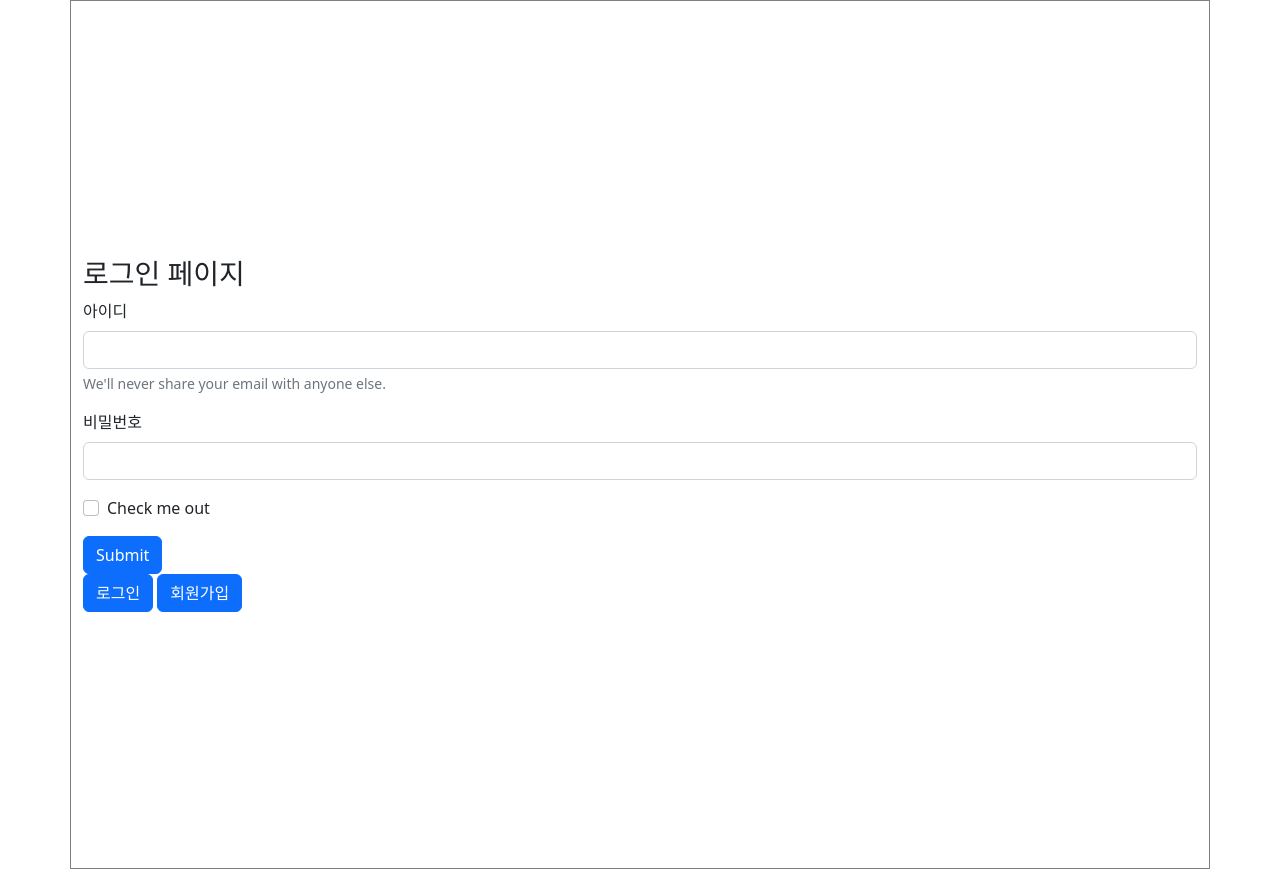
Repository: DNWissac/OJTphp
Page: http://localhost/view/signin.php
These files come from the project's save history. The page is drawn as it stood at one moment and after the next save; the edit follows.
The browser window is 1280 px wide. The pictures show the whole page.
The page is run by PHP 8.4 with error messages shown; the project is at /var/www/html/.

Above is the page before, as saved 2022-08-05 08:21:27.

### Board1/View/signin.php
<!DOCTYPE html>
<html>
<head>
<meta charset="UTF-8">
<script type="text/javascript" src="//code.jquery.com/jquery.min.js"></script>
<script>

</script>

<style type="text/css">

    .container
    {
        padding: 20%;
    }
</style>
<title>로그인</title>


<!-- 부트스트랩 css, js-->
<link href="https://cdn.jsdelivr.net/npm/bootstrap@5.2.0/dist/css/bootstrap.min.css"
rel="stylesheet" integrity="sha384-gH2yIJqKdNHPEq0n4Mqa/HGKIhSkIHeL5AyhkYV8i59U5AR6csBvApHHNl/vI1Bx" crossorigin="anonymous">
<script src="https://cdn.jsdelivr.net/npm/bootstrap@5.2.0/dist/js/bootstrap.bundle.min.js"
integrity="sha384-A3rJD856KowSb7dwlZdYEkO39Gagi7vIsF0jrRAoQmDKKtQBHUuLZ9AsSv4jD4Xa" crossorigin="anonymous"></script>

</head>
<body>

<div class="container" style="border: grey 1px solid;">
	<h3>로그인 페이지</h3>

<form>
    <div class="mb-3">
        <label for="exampleInputEmail1" class="form-label">아이디</label>
        <input type="email" class="form-control" id="exampleInputEmail1" aria-describedby="emailHelp">
    <div id="emailHelp" class="form-text">We'll never share your email with anyone else.</div>
    </div>
    <div class="mb-3">
        <label for="exampleInputPassword1" class="form-label">비밀번호</label>
        <input type="password" class="form-control" id="exampleInputPassword1">
    </div>
    <div class="mb-3 form-check">
        <input type="checkbox" class="form-check-input" id="exampleCheck1">
        <label class="form-check-label" for="exampleCheck1">Check me out</label>
    </div>
    <button type="submit" class="btn btn-primary">Submit</button>
</form>


	<button type="button" class="btn btn-primary">
    	로그인
    </button>
	<button type="button" class="btn btn-primary" onclick="location.href='signup.php'">
    	회원가입
    </button>


</div>





</body>
</html>

After the next save:
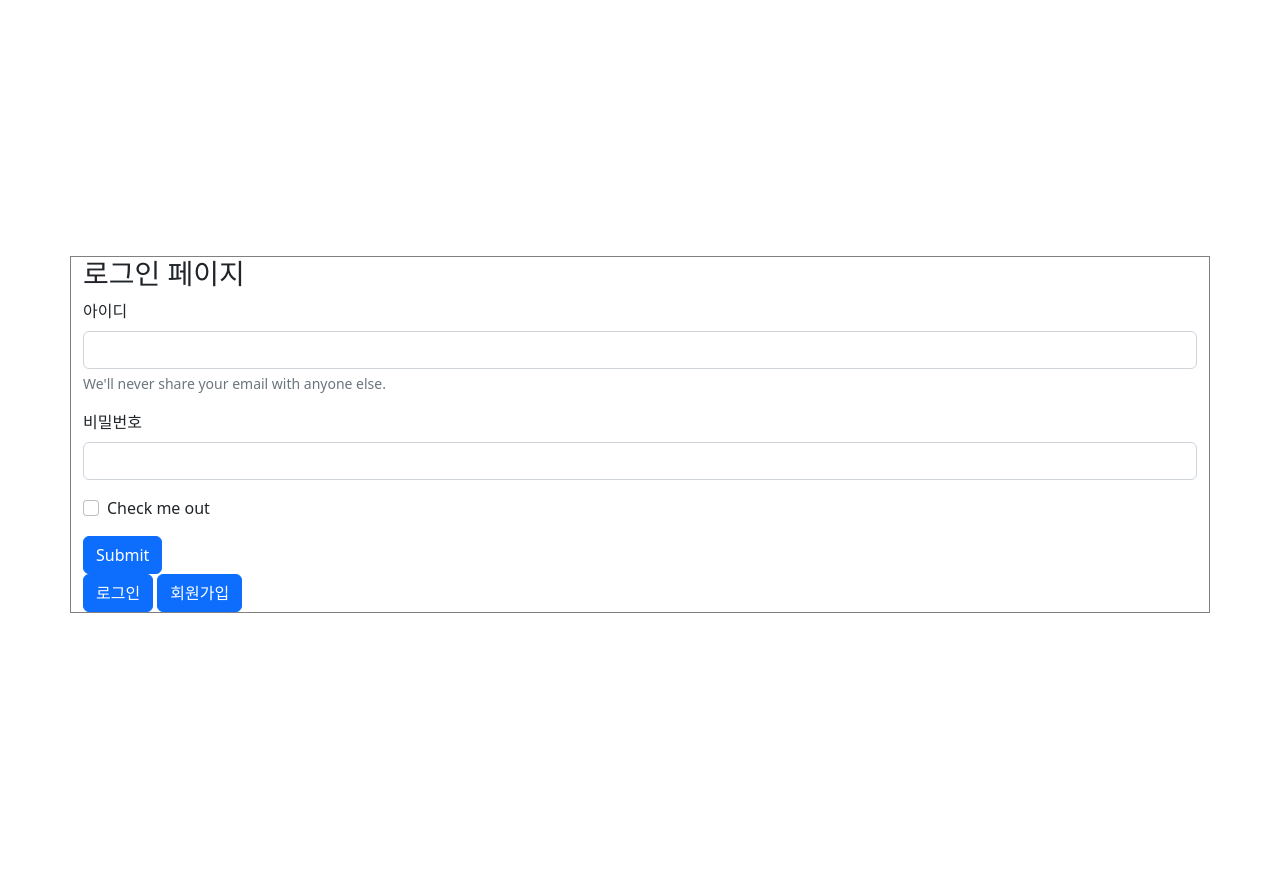
Saved 26 s later.
--- a/Board1/View/signin.php
+++ b/Board1/View/signin.php
@@ -11,7 +11,7 @@
 
     .container
     {
-        padding: 20%;
+        margin: 20%;
     }
 </style>
 <title>로그인</title>
